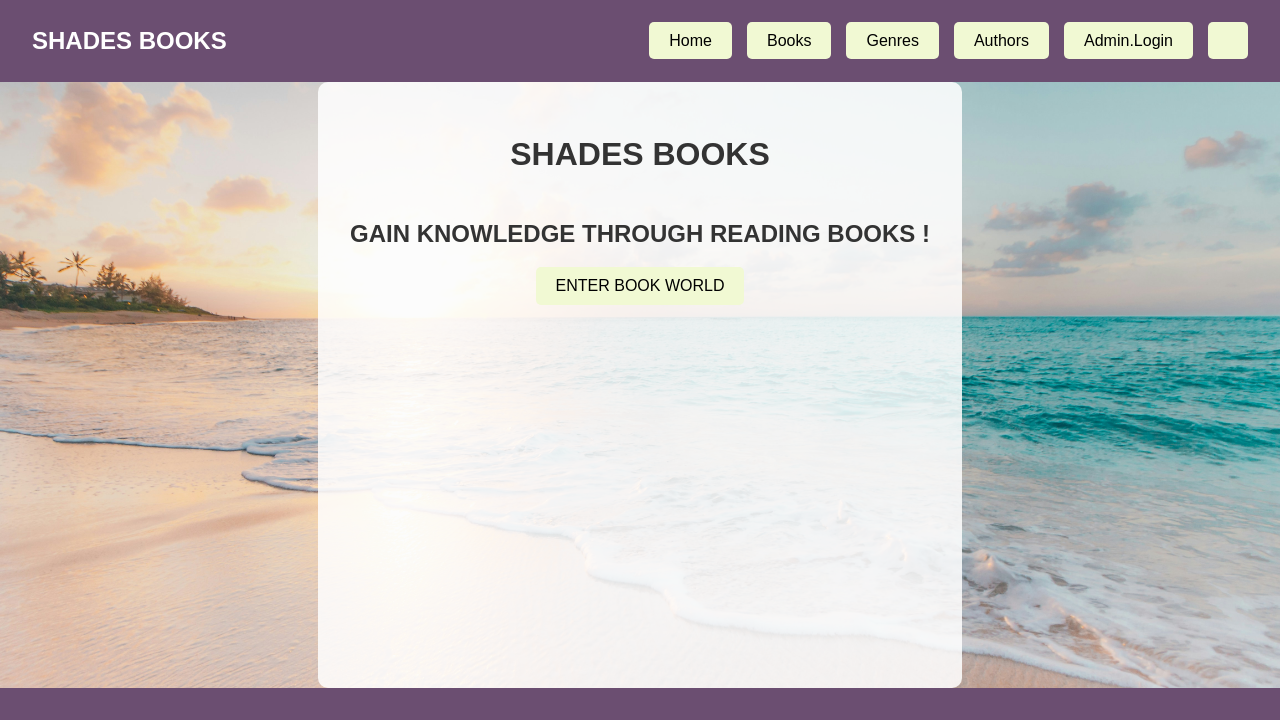
Repository: Harishsuresh-kumar/Library-Web
Page: WORK SITE/User.html
These files come from the project's save history. The page is drawn as it stood at one moment and after the next save; the edit follows.
The browser window is 1280 px wide. The pictures show the whole page.

Above is the page before, as saved 2024-11-07 14:08:26.

After the next save:
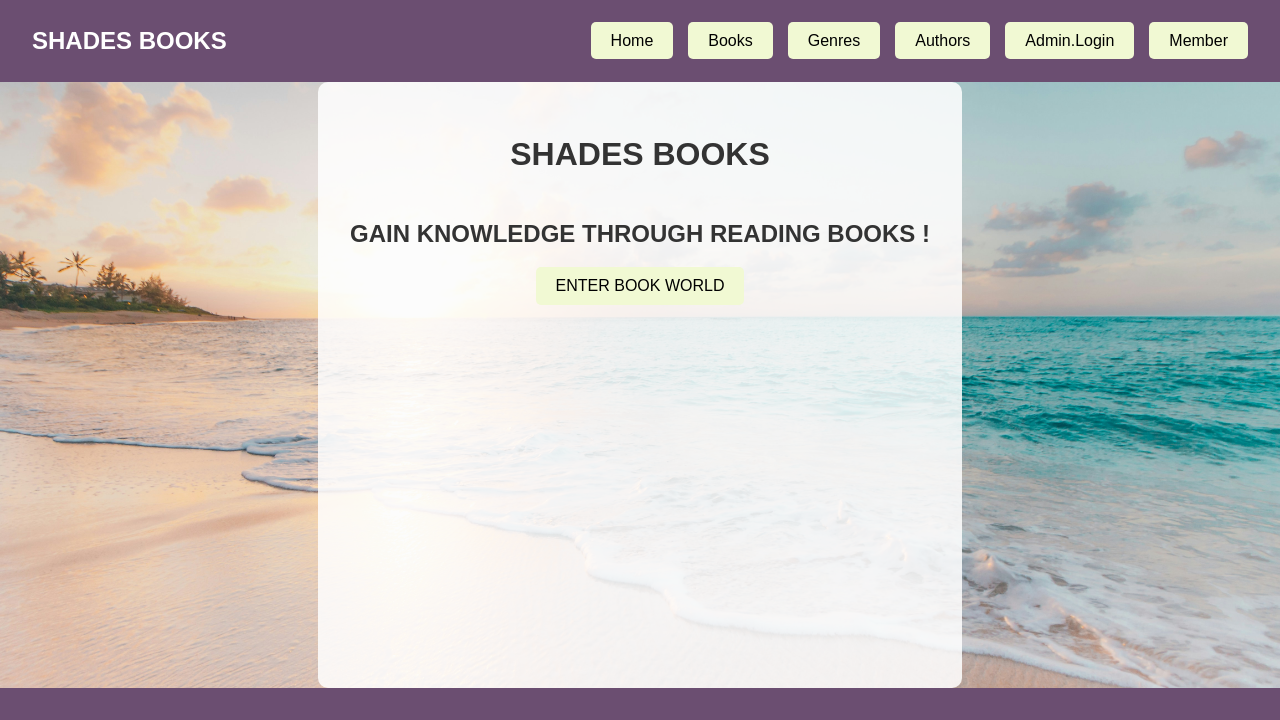
Saved 4 s later.
--- a/WORK SITE/User.html
+++ b/WORK SITE/User.html
@@ -19,7 +19,7 @@
                     <li><a href="genre.html" class="button">Genres</a></li>
                     <li><a href="Authors.html" class="button">Authors</a></li>
                     <li><a href="admin pass.html" class="button"> Admin.Login</a></li>
-                    <li><a href="Membership.html" class="button"></a></li>
+                    <li><a href="Membership.html" class="button">Member</a></li>
                 </ul>
             </nav>
         </header>
